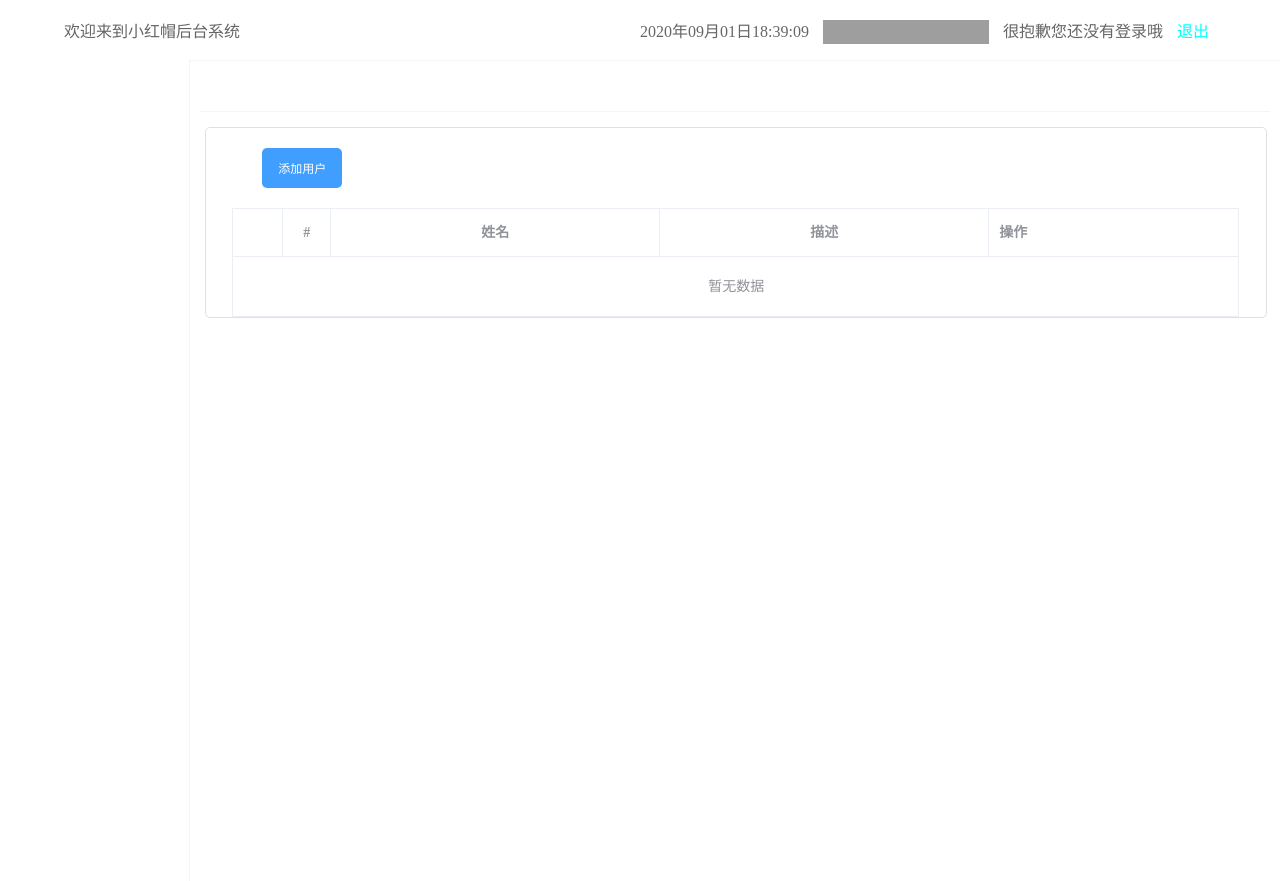
Repository: jinggegeZ/whitesystem
Page: /rights/roles
These files come from the project's save history. The page is drawn as it stood at one moment and after the next save; the edit follows.
The browser window is 1280 px wide. The pictures show the whole page.
Pictures or frames that could not be fetched are drawn as grey boxes. The page's requests for data from a server got no answer. The project was rebuilt for these pictures with package versions that can differ from the ones it lists, and the page was loaded fresh each time. No one was signed in, and anything a server would have sent is missing. Also part of the build but not shown: vue.config.js, src/views/Home.vue.

Above is the page before, as saved 2020-09-02 12:54:56.

After the next save:
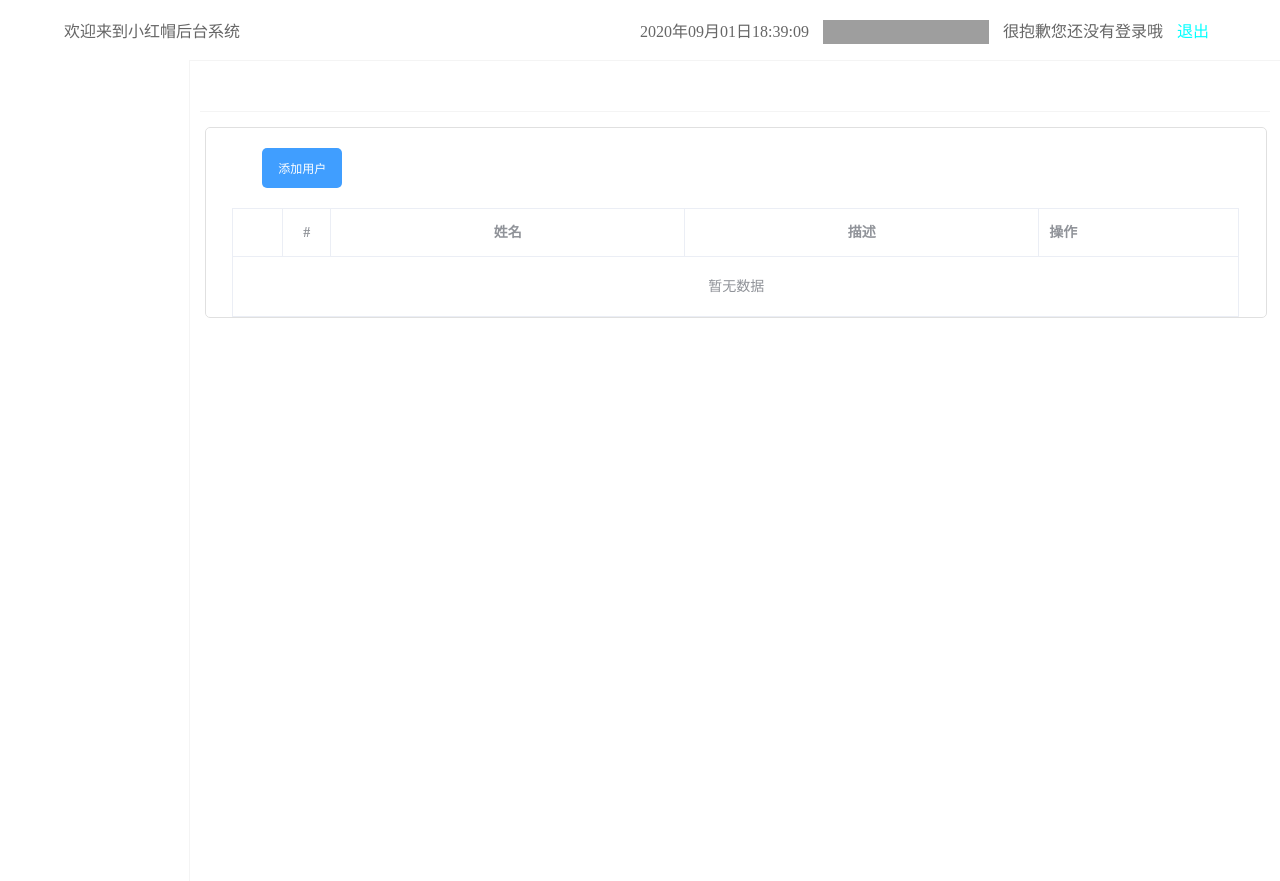
Saved 7 s later.
--- a/src/views/roleList/RoleList.vue
+++ b/src/views/roleList/RoleList.vue
@@ -55,7 +55,7 @@
             <!-- 角色 -->
             <el-table-column prop="roleDesc" label="描述"  align="center"></el-table-column>
             <!-- 操作 -->
-            <el-table-column label="操作" width="250">
+            <el-table-column label="操作" width="200">
               <template slot-scope="scope">
                 <el-tooltip class="item" effect="dark" content="编辑角色" placement="top">
                   <el-button
